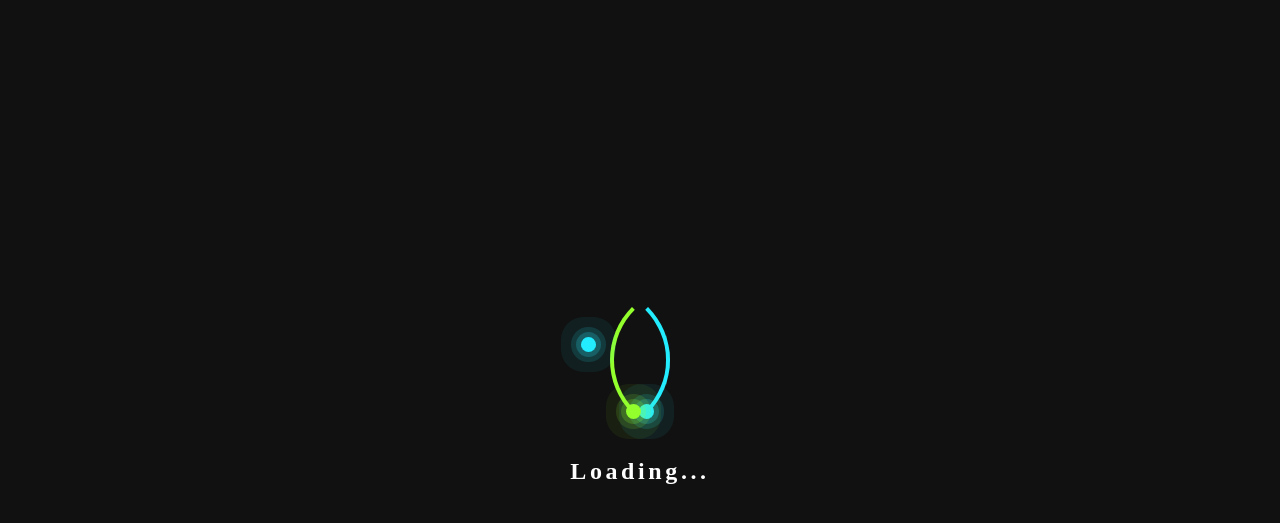
Repository: kiranjeetkaur01/csseffect.github.io
Page: index.html
These files come from the project's save history. The page is drawn as it stood at one moment and after a run of saves; the edit follows.
The browser window is 1280 px wide. The pictures show the whole page.

Above is the page before, as saved 2023-09-08 13:03:58.

After the next 2 saves:
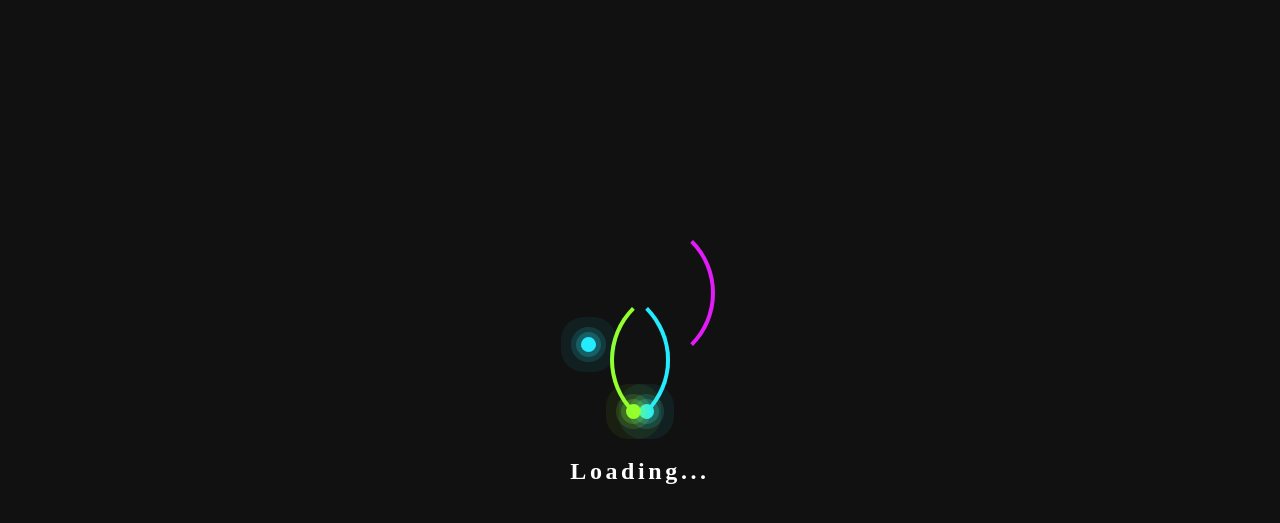
The 2 saves are shown as one change because they came seconds apart.
The last was saved 7 s later.
--- a/style.css
+++ b/style.css
@@ -55,7 +55,7 @@
     position: absolute;
     top: -66.6px;
     border-top: 4px solid transparent;
-    border-left: 4px solid #e;
+    border-left: 4px solid #e11cf8;
 
 }
 .container .ring:nth-child(2){
